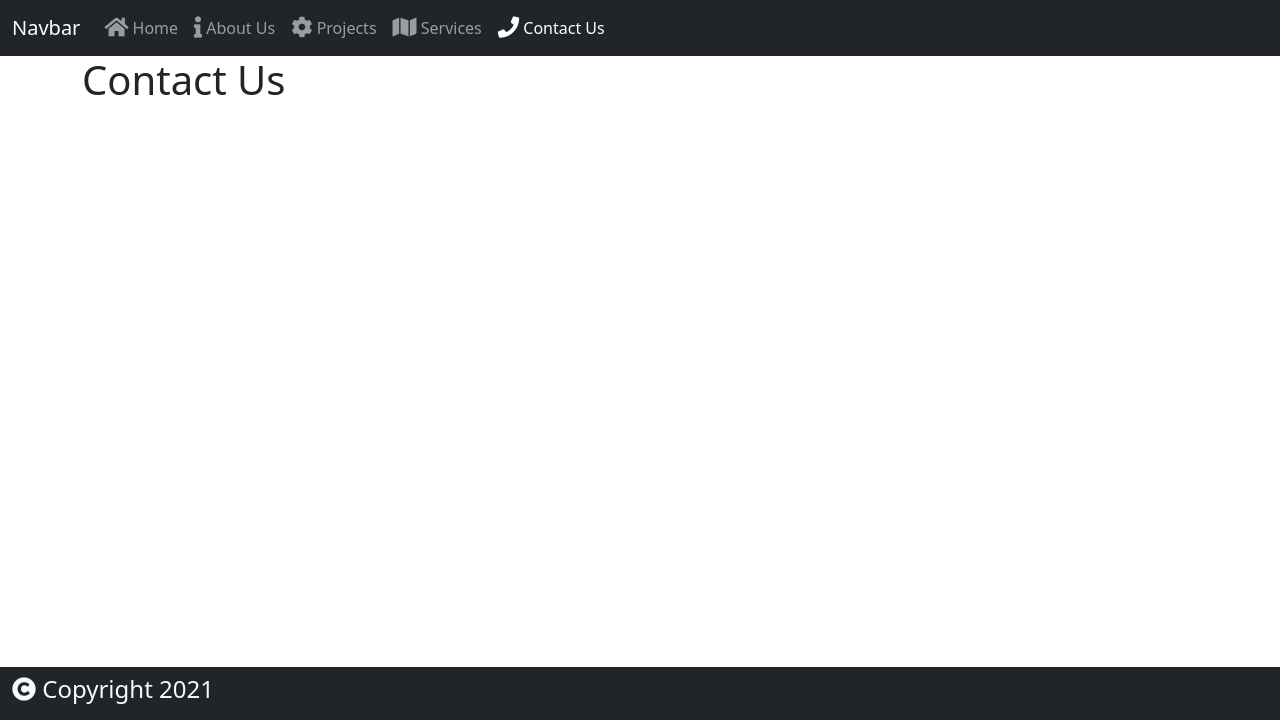
Repository: CKM206/WEBD6201-W2021---ICE1
Page: contact.html
These files come from the project's save history. The page is drawn as it stood at one moment and after the next save; the edit follows.
The browser window is 1280 px wide. The pictures show the whole page.

Above is the page before, as saved 2021-01-21 09:03:58.

After the next save:
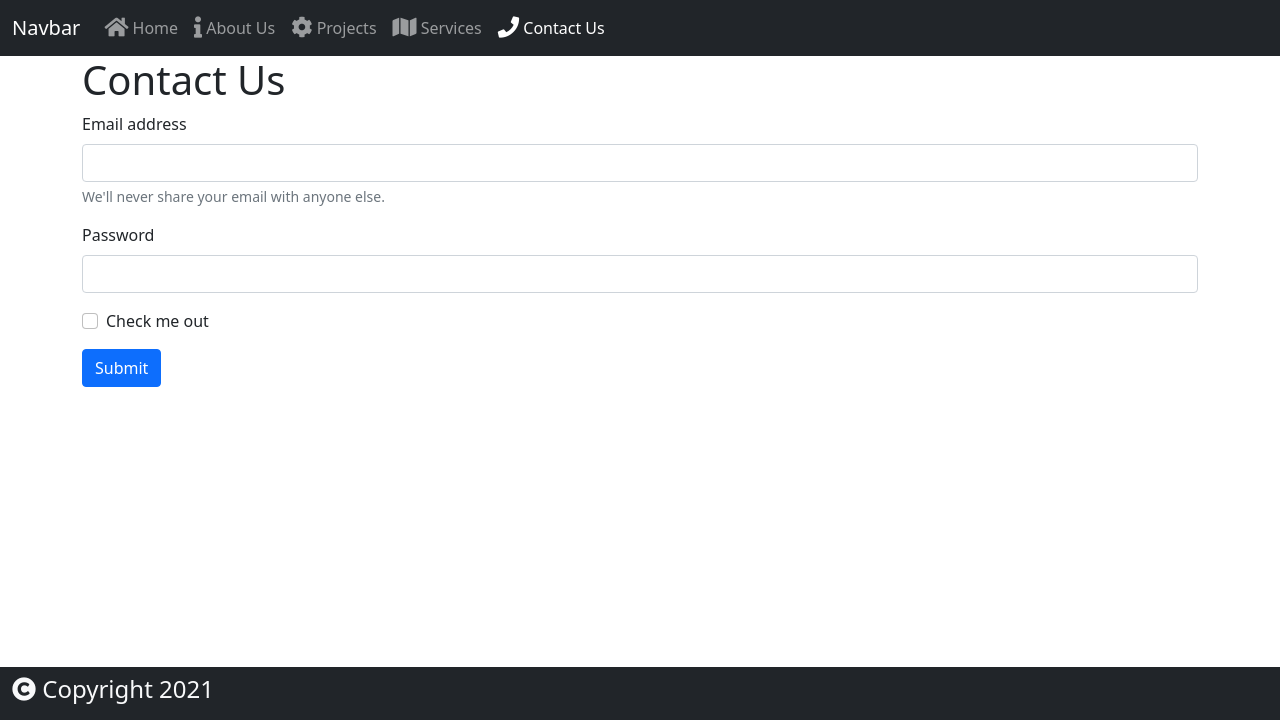
Saved 2 min 12 s later.
--- a/contact.html
+++ b/contact.html
@@ -49,6 +49,23 @@
     <!-- Main Content -->
     <main class="container">
         <h1>Contact Us</h1>
+
+        <form>
+          <div class="mb-3">
+            <label for="exampleInputEmail1" class="form-label">Email address</label>
+            <input type="email" class="form-control" id="exampleInputEmail1" aria-describedby="emailHelp">
+            <div id="emailHelp" class="form-text">We'll never share your email with anyone else.</div>
+          </div>
+          <div class="mb-3">
+            <label for="exampleInputPassword1" class="form-label">Password</label>
+            <input type="password" class="form-control" id="exampleInputPassword1">
+          </div>
+          <div class="mb-3 form-check">
+            <input type="checkbox" class="form-check-input" id="exampleCheck1">
+            <label class="form-check-label" for="exampleCheck1">Check me out</label>
+          </div>
+          <button type="submit" class="btn btn-primary">Submit</button>
+        </form>
     </main>
 
     <!-- Footer Section -->
